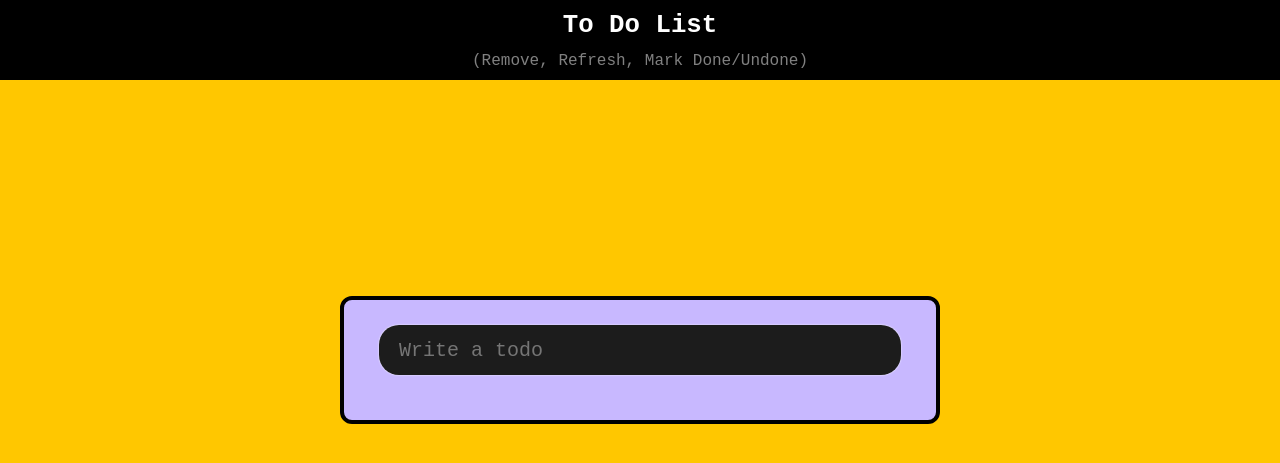
Repository: ThisIsSahaj/Js-Projects
Page: ToDoList/index.html
The author's editor kept a copy of each file at every save. The page is drawn from the files as they stood at one save, then again after the next save.
The browser window is 1280 px wide. The pictures show the whole page.

Above is the page before, as saved 2024-04-24 09:43:02.

### ToDoList/index.html
<!DOCTYPE html>
<html lang="en">
<head>
    <meta charset="UTF-8">
    <meta http-equiv="X-UA-Compatible" content="IE=edge">
    <meta name="viewport" content="width=device-width, initial-scale=1.0">
    <title>To Do List</title>
    <link rel="stylesheet" href="style.css">
    <link rel="stylesheet" href="https://cdnjs.cloudflare.com/ajax/libs/font-awesome/6.0.0/css/all.min.css" integrity="sha512-9usAa10IRO0HhonpyAIVpjrylPvoDwiPUiKdWk5t3PyolY1cOd4DSE0Ga+ri4AuTroPR5aQvXU9xC6qOPnzFeg==" crossorigin="anonymous" referrerpolicy="no-referrer" />

</head>
<body>
    <div class="header">
       <h3>To Do List</h3>
        <p>(Remove, Refresh, Mark Done/Undone)</p>

    </div>
    <div class="box">

            <input type="text" placeholder="Write a todo" >
            <ul class="todoBox">

            </ul>

    </div>
</body>

<script src="script.js"></script>
</html>

### ToDoList/style.css
*{
    margin: 0;
    padding: 0;
    box-sizing: border-box;
    outline: none;
}

body{
    /* background-color: #000; */
    background-color: #FFC700;
    display: flex;
    flex-wrap: wrap;
    font-family: monospace;
}

.header{
    width: 100%;
    height: 80px;
    background-color: black;
    color: white;
    display: flex;
    flex-direction: column;
    align-items: center;
    justify-content: center;
    font-family: monospace;
    font-size: 22px;
    gap: 12px;
    /* border: 2px solid blue; */
}

.header p {
    color: grey;
    font-size: 16px;
}



.box{
    /* border: 2px solid red; */
    /* background-color: #C6B9FF;
    margin-top: 50px;
    width: 100%;
    display: flex;
    justify-content: center;
    align-items: center;
    flex-direction: column; */

    width: 600px;
    padding: 25px 35px;
    position: absolute;
    top: 50%;
    left: 50%;
    transform: translate(-50%,-50%);
    background-color: #C8B8FF;
    border: 4px solid black;
    color: black;
    border-radius: 12px;
    font-weight: bold;
}



input{
    width: 100%;
    height: 50px;
    border-radius: 20px;
    color: white;
    padding: 20px;
    font-size: 20px;
    font-family: monospace;
    background-color: rgb(28, 28, 28);
    border: none;
    box-shadow: 0px 0px 2px white;

}

.todoBox{
    /* border: 2px solid red; */
    margin-top: 20px;
    list-style: none;
    width: 100%;
}



.todoBox li {
    position: relative;
    /* background-color: rgb(34, 34, 34); */
    background-color: white;
    color: black;
    /* box-shadow: 0px 3px 6px rgba(0, 0, 0, 0.05), 0px 8px 15px rgba(0, 0, 0, 0.1), 0 0 0 1px rgba(255, 255, 255, 0.1); */
    padding: 20px;
    border-radius: 15px;
    border: 3px solid black;



    /* transition: box-shadow 0.25s; */
    /* width: 100%; */
    /* height: 50px; */
    margin: 20px 0px;

    font-size: 16px;
    /* font-family: monospace; */
    padding-right: 45px;
    text-align: justify;
    user-select: none;

}

.todoBox li i {
    /* color: rgb(142, 142, 142); */
    color: #FF8477;
    position: absolute;
    right: 20px;
    cursor: pointer;
    /* top: 50%; */
    top: 20px;

}

.done{
    text-decoration: line-through;
    color: grey !important;

}

### ToDoList/script.js
const input = document.querySelector('input');
const todoBox = document.querySelector('.todoBox');



// ✅ LOCAL STORAGE
const updateLS = () => {
    const taskValue = document.querySelectorAll('li');

    const tasks = [];

    taskValue.forEach((curEle) => {
        return tasks.push(curEle.textContent.trim());
    });

    localStorage.setItem('tasks', JSON.stringify(tasks));
}




// ✅ ADD TASK
const addTask = (text) => {
    const task = document.createElement('li');

    const htmlData =
        ` <p>${text}</p>

          <i class="delete fa-regular fa-circle-xmark"></i> `
    task.insertAdjacentHTML('afterbegin', htmlData);
    todoBox.appendChild(task);


    // ✅ DELETE TASK
    const deleteBtn = task.querySelector('i');
    deleteBtn.addEventListener('click', ()=>{
    task.remove();
    updateLS();
    })


    // ✅ Mark a task DONE/UNDONE
    task.addEventListener('click', ()=>{
        task.classList.toggle('done');
    })
}





// ✅ GET THE INPUT
input.addEventListener('keyup', (event)=>{

    // to know which key is being pressed
   // console.log(event.key);

  if (event.key == 'Enter') {

    // to get the value written in input
    // console.log(input.value);

      addTask(input.value);
      updateLS();

      //to clear the value written in input after ENTER
      input.value = "";

    }
})






// ✅ GETTING DATA BACK FROM LOCAL SOTRAGE
const taskAvailable = JSON.parse(localStorage.getItem('tasks'));

if(taskAvailable)
{
    taskAvailable.forEach((curTask) =>
    {
        addTask(curTask);
    })};

After the next save:
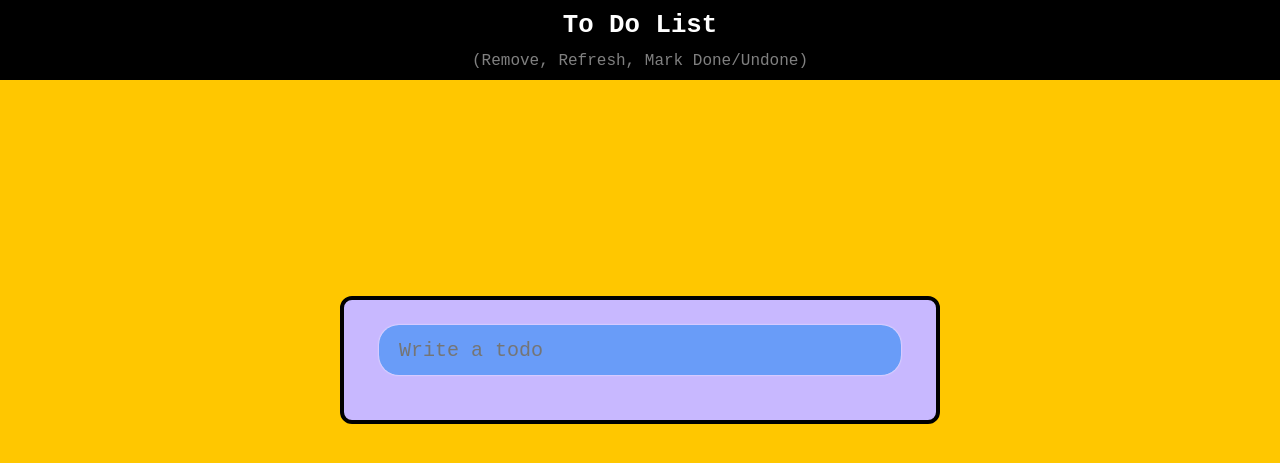
Saved 67 s later.
--- a/ToDoList/style.css
+++ b/ToDoList/style.css
@@ -68,7 +68,8 @@ input{
     padding: 20px;
     font-size: 20px;
     font-family: monospace;
-    background-color: rgb(28, 28, 28);
+    /* background-color: rgb(28, 28, 28); */
+    background-color: #699CF8;
     border: none;
     box-shadow: 0px 0px 2px white;
 
